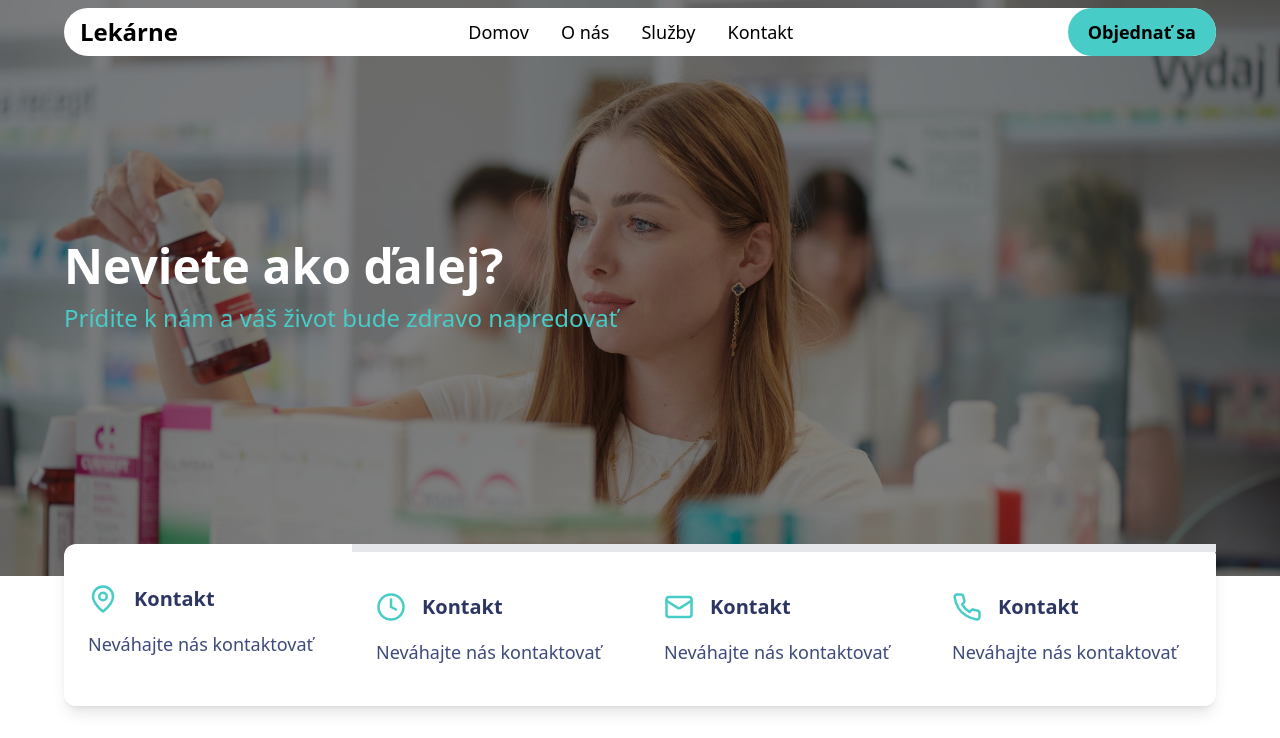
Repository: SimonSkoda13/Lekaren
Page: /
The author's editor kept a copy of each file at every save. The page is drawn from the files as they stood at one save, then again after the next save.
The browser window is 1280 px wide. The pictures show the whole page.
The project was rebuilt for these pictures with package versions that can differ from the ones it lists, and the page was loaded fresh each time. The framework's server and built-in components were replaced by stand-ins that run in the browser. Also part of the build but not shown: next.config.js.

Above is the page before, as saved 2023-04-22 18:07:14.

### src/app/layout.tsx
import { Header } from "./components/Header/Header";
import "./globals.css";
import { Poppins } from "next/font/google";

export const metadata = {
  title: "Create Next App",
  description: "Generated by create next app",
};

export default function RootLayout({
  children,
}: {
  children: React.ReactNode;
}) {
  return (
    <html lang="en">
      <body className="bg-white min-h-[100vh]">
        <Header />
        <main>{children}</main>
        <footer></footer>
      </body>
    </html>
  );
}

### src/app/page.tsx
import Image from "next/image";
import { Inter } from "next/font/google";
import { HomeHero } from "./components/HomeHero/HomeHero";
import { Contact } from "./components/Contact/Contact";
import { Phone, MapPin, Clock4, Mail } from "lucide-react";

const inter = Inter({ subsets: ["latin"] });

// page with

export default function Home() {
  return (
    <>
      <HomeHero
        title={"Neviete ako ďalej?"}
        image={"/homeBanner.jpg"}
        description={"Prídite k nám a váš život bude zdravo napredovať"}
      />
      <Contact
        items={[
          {
            title: "Kontakt",
            description: "Neváhajte nás kontaktovať",
            icon: <MapPin size={30} className="stroke-primary" />,
          },
          {
            title: "Kontakt",
            description: "Neváhajte nás kontaktovať",
            icon: <Clock4 size={30} className="stroke-primary" />,
          },
          {
            title: "Kontakt",
            description: "Neváhajte nás kontaktovať",
            icon: <Mail size={30} className="stroke-primary" />,
          },
          {
            title: "Kontakt",
            description: "Neváhajte nás kontaktovať",
            icon: <Phone size={30} className="stroke-primary" />,
          },
        ]}
      />
    </>
  );
}

### src/app/components/Header/Header.tsx
import Link from "next/link";
import React from "react";

export interface HeaderProps {}

export const Header = (props: HeaderProps) => {
  const {} = props;
  return (
    <header className="cntn fixed w-full top-2 z-10">
      <div className="flex bg-white rounded-full">
        <h1 className="py-2 px-4 text-2xl font-bold">Lekárne</h1>
        <div className="py-2 px-4 flex gap-8 items-center mx-auto text-lg font-medium">
          <Link href="/">Domov</Link>
          <Link href="/onas">O nás</Link>
          <Link href="/sluzby">Služby</Link>
          <Link href="/kontakt">Kontakt</Link>
        </div>
        {/* button order self */}
        <div className="flex justify-center items-center px-5 p-0 bg-primary rounded-full text-lg font-bold">
          <Link href="/order">Objednať sa</Link>
        </div>
      </div>
    </header>
  );
};

### src/app/globals.css
@tailwind base;
@tailwind components;
@tailwind utilities;

@layer components {
  .cntn {
    @apply mx-auto px-4  max-w-screen-xl md:px-16;
  }
}

### src/app/components/HomeHero/HomeHero.tsx
import Image from "next/image";
import React from "react";
import { ImageGradient } from "./ImageGradient/ImageGradient";

export interface HomeHeroProps {
  title: string;
  image: string;
  description: string;
}

export const HomeHero = (props: HomeHeroProps) => {
  const { title, image, description } = props;
  return (
    <section className="relative h-[80vh] z-0 px-0">
      <div className="w-full h-full absolute left-0 top-0 ">
        {/* make filter for image to odd brightness from top biggest to bottom lowest */}
        <ImageGradient>
          <Image
            src={image}
            alt="Next.js logo"
            fill
            style={{
              objectFit: "cover",
              objectPosition: "center",
            }}
          />
        </ImageGradient>
      </div>
      <div className="cntn relative gap-3 h-full flex justify-center flex-wrap flex-col z-10">
        <h1 className="text-5xl font-bold text-white">{title}</h1>
        <p className="text-2xl text-primary">{description}</p>
      </div>
    </section>
  );
};

### src/app/components/Contact/Contact.tsx
import { Phone } from "lucide-react";
import Image from "next/image";
import React, { ReactNode } from "react";

export interface ContactProps {
  items?: {
    title: string;
    description: string;
    icon: ReactNode;
  }[];
}

export const Contact = (props: ContactProps) => {
  const { items } = props;
  return (
    <section className="cntn z-10 relative top-[-2rem]">
      <div className="w-full grid grid-cols-2 md:grid-cols-4 items-start bg-white rounded-xl shadow-lg divide-y-8">
        {items?.map((item) => (
          <div className="flex flex-col items-start gap-4 p-6 py-10">
            {/* <Image
            src={item.icon}
            alt={"contactIcon" + item.title}
            width={100}
            height={100}
          /> */}
            <div className="flex w-full flex-row gap-4 items-center">
              {item.icon}
              <h2 className="text-xl font-bold text-secondary">{item.title}</h2>
            </div>
            <p className="text-lg font-medium text-secondary-light">
              {item.description}
            </p>
          </div>
        ))}
      </div>
    </section>
  );
};

### src/app/components/HomeHero/ImageGradient/ImageGradient.tsx
import React from "react";

export interface ImageGradientProps {
  children: React.ReactNode;
}

export const ImageGradient = (props: ImageGradientProps) => {
  const { children } = props;
  return (
    <div className="relative w-full h-full brightness-50 overflow-hidden z-10">
      <div className="absolute inset-0 z-10"></div>
      {children}
    </div>
  );
};

### tailwind.config.js
/** @type {import('tailwindcss').Config} */
module.exports = {
  content: [
    "./src/pages/**/*.{js,ts,jsx,tsx,mdx}",
    "./src/components/**/*.{js,ts,jsx,tsx,mdx}",
    "./src/app/**/*.{js,ts,jsx,tsx,mdx}",
  ],
  theme: {
    extend: {
      colors: {
        primary: "#47CCC8",
        secondary: "#2D3663",
        "secondary-light": "#3D4A7C",
      },
    },
  },
  plugins: [],
};

After the next save:
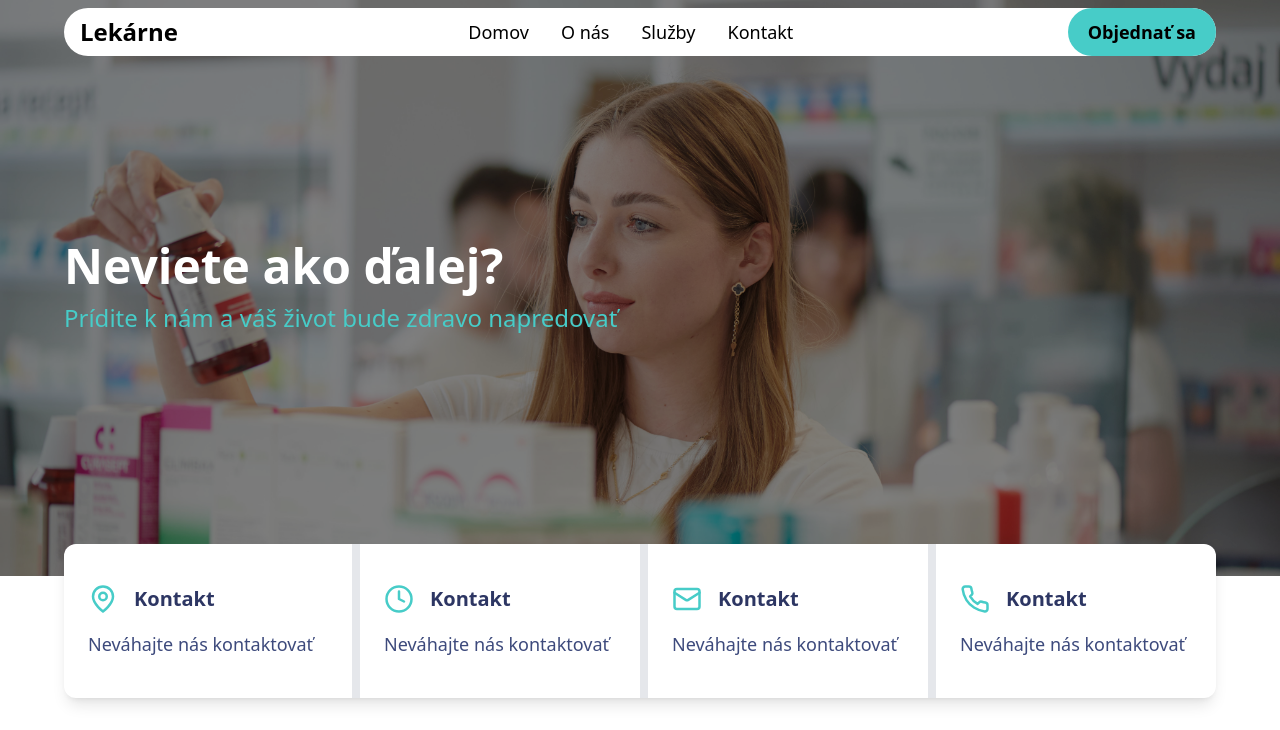
Saved 59 s later.
--- a/src/app/components/Contact/Contact.tsx
+++ b/src/app/components/Contact/Contact.tsx
@@ -14,7 +14,7 @@ export const Contact = (props: ContactProps) => {
   const { items } = props;
   return (
     <section className="cntn z-10 relative top-[-2rem]">
-      <div className="w-full grid grid-cols-2 md:grid-cols-4 items-start bg-white rounded-xl shadow-lg divide-y-8">
+      <div className="w-full grid grid-cols-2 md:grid-cols-4 items-start bg-white rounded-xl shadow-lg divide-x-8">
         {items?.map((item) => (
           <div className="flex flex-col items-start gap-4 p-6 py-10">
             {/* <Image
